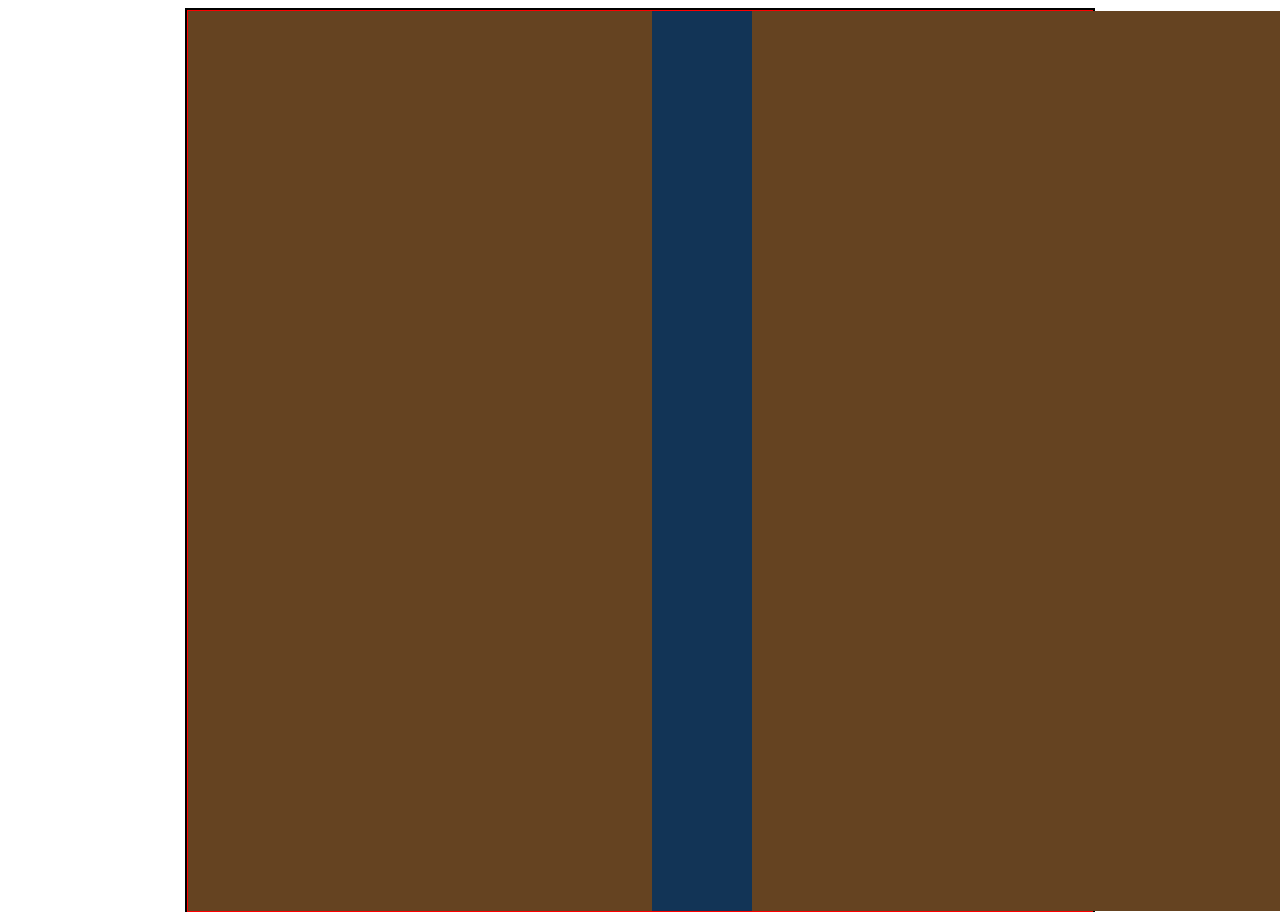
Repository: gabr/php_elicpse_workspace
Page: dwudzielna strona - test/index.html
The author's editor kept a copy of each file at every save. The page is drawn from the files as they stood at one save, then again after the next save.
The browser window is 1280 px wide. The pictures show the whole page.

Above is the page before, as saved 2013-02-28 14:42:32.

### dwudzielna strona - test/index.html
<!DOCTYPE html PUBLIC "-//W3C//DTD HTML 4.01 Transitional//EN" "http://www.w3.org/TR/html4/loose.dtd">
<html>
<head>
<link rel="stylesheet" href="style.css">
<script src="jquery-1.9.1.js"></script>
<script src="skrypt.js"></script>
<meta http-equiv="Content-Type" content="text/html; charset=UTF-8">
<title>dwudzielna strona</title>
</head>
<body>

    <div id="strona">
        <div id="lewa">
            <div class="panel"></div>
            <div class="tresc"></div>
        </div>
        <div id="przycisk"></div>
        <div id="prawa">
            <div class="tresc"></div>
            <div class="panel"></div>
        </div>
    </div>

</body>
</html>

### dwudzielna strona - test/style.css
@CHARSET "UTF-8";

#strona {
  border: 2px solid black;
  width: 906px;
  height: 900px;
  margin: 0 auto;
  background-color: #aaa;
}

#lewa {
  border: 1px solid red;
  width: 440px;
  height: 900px;
  float: left;
  background-color: yellow;
}

#prawa {
  border: 1px solid red;
  width: 440px;
  height: 900px;
  float: left;
  background-color: blue;
}

#przycisk {
  border: 1px solid red;
  width: 20px;
  height: 900px;
  float: left;
  background-color: green;
}

.panel {
  width: 100px;
  height: 900px;
  position: fixed;
  background-color: #123456;
}

.tresc {
  width: 632px;
  height: 900px;
  position: fixed;
  background-color: #654321;
}

### dwudzielna strona - test/skrypt.js
$(document).ready(function() {
	$("#przycisk").click(function() {
		if ($("#lewa").css("width") == "740px") {
			$("#lewa").animate({width: '140'});
			$("#prawa").animate({width: '740'});
		} else {
			$("#lewa").animate({width: '740'});
			$("#prawa").animate({width: '140'});
		}
	});
});

Loaded but not shown: dwudzielna strona - test/jquery-1.9.1.js (library)

After the next save:
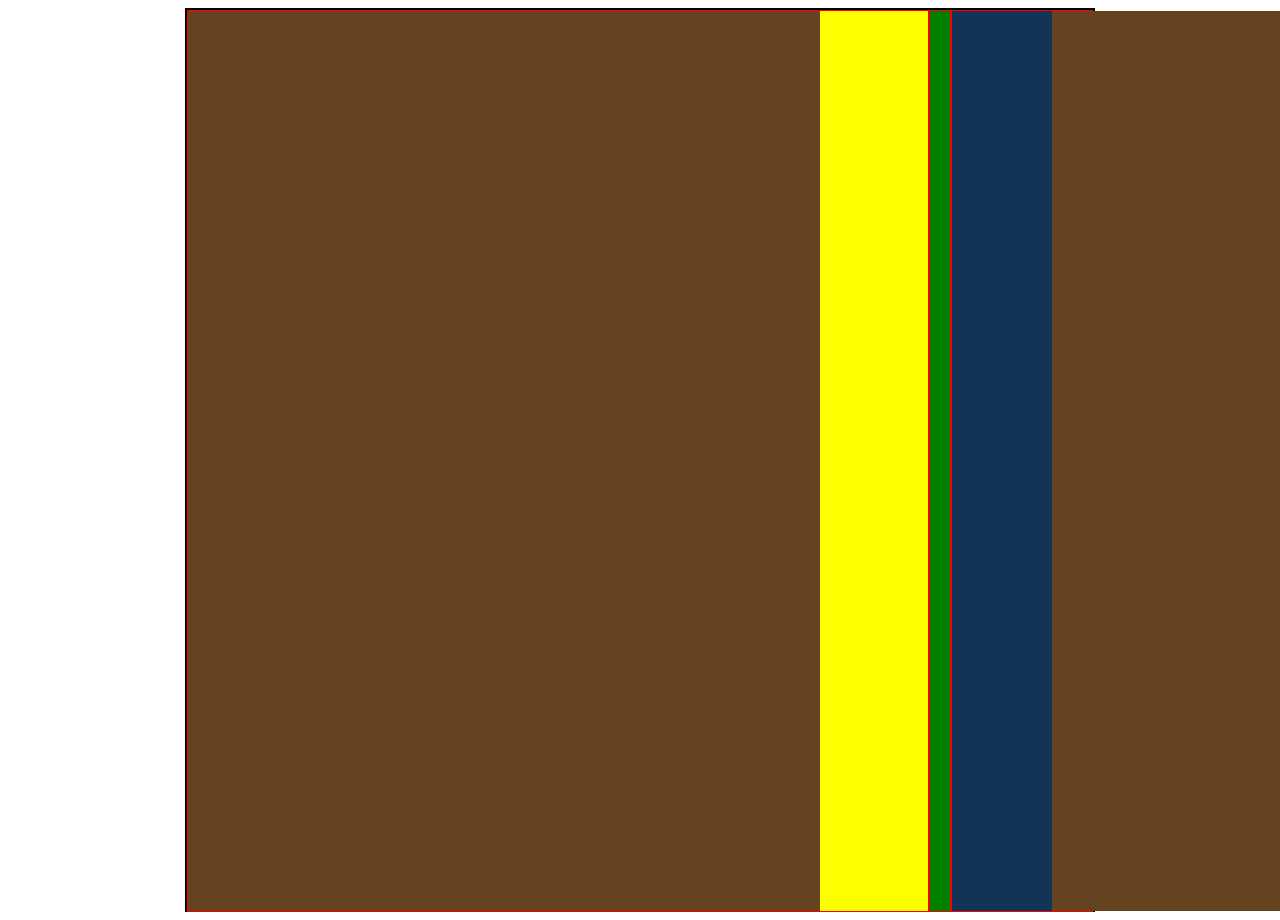
Saved 36 s later.
--- a/dwudzielna strona - test/style.css
+++ b/dwudzielna strona - test/style.css
@@ -10,7 +10,7 @@
 
 #lewa {
   border: 1px solid red;
-  width: 440px;
+  width: 740px;
   height: 900px;
   float: left;
   background-color: yellow;
@@ -18,7 +18,7 @@
 
 #prawa {
   border: 1px solid red;
-  width: 440px;
+  width: 140px;
   height: 900px;
   float: left;
   background-color: blue;
